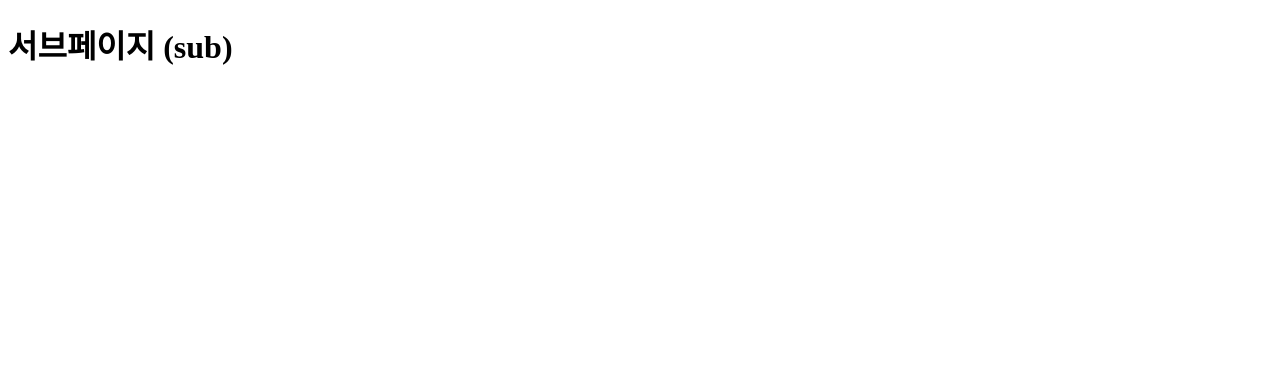
Repository: SeYoung1012/Bitcamp
Page: http://localhost/05_include/include/sub.jsp
The author's editor kept a copy of each file at every save. The page is drawn from the files as they stood at one save, then again after the next save.
The browser window is 1280 px wide. The pictures show the whole page.
The page is served by Tomcat 9.

Above is the page before, as saved 2021-09-29 01:40:45.

After the next save:
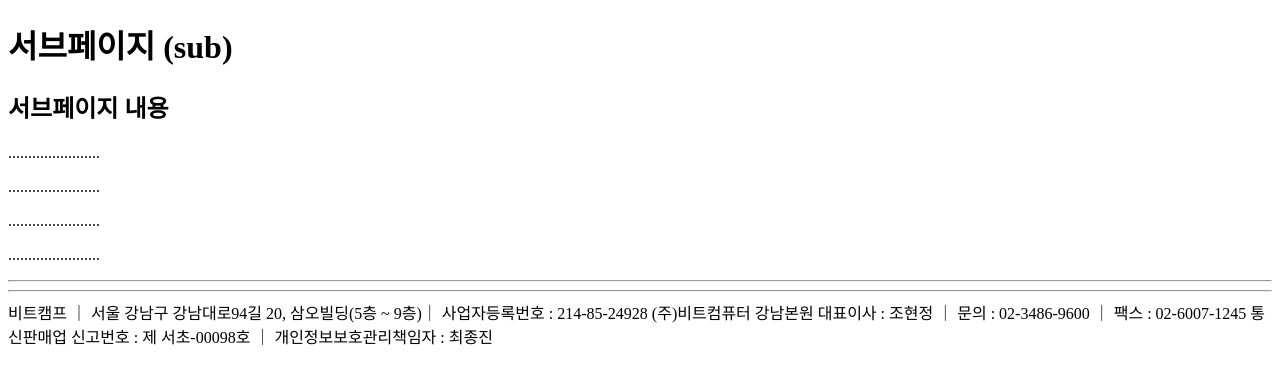
Saved 15 s later.
--- a/60_web/05_include/WebContent/include/sub.jsp
+++ b/60_web/05_include/WebContent/include/sub.jsp
@@ -8,7 +8,19 @@
 </head>
 <body>
 	<h1> 서브페이지 (sub)</h1>
+	<h2> 서브페이지 내용</h2>
+	<p> .......................</p>
+	<p> .......................</p>
+	<p> .......................</p>
+	<p> .......................</p>
 
+	<hr><hr>
+	<footer>
+		비트캠프 ｜ 서울 강남구 강남대로94길 20, 삼오빌딩(5층 ~ 9층)｜ 사업자등록번호 : 214-85-24928
+		(주)비트컴퓨터 강남본원 대표이사 : 조현정 ｜ 문의 : 02-3486-9600 ｜ 팩스 : 02-6007-1245
+		통신판매업 신고번호 : 제 서초-00098호 ｜ 개인정보보호관리책임자 : 최종진
+
+	</footer>
 
 
 
